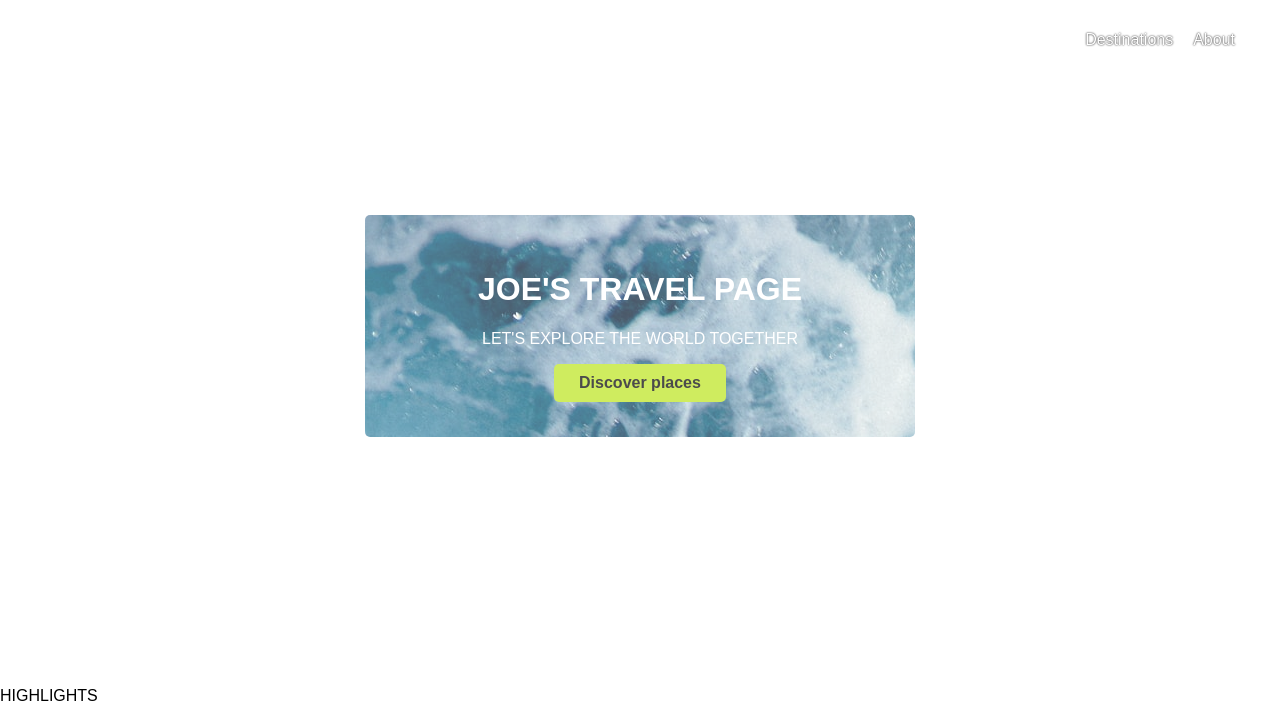
Repository: Harjot00/Wevdev
Page: Travel/index.html
An editor plug-in stored every save of this project. The page is shown before and after the next save, followed by the edit.
The browser window is 1280 px wide. The pictures show the whole page.

Above is the page before, as saved 2022-05-07 02:43:11.

After the next save:
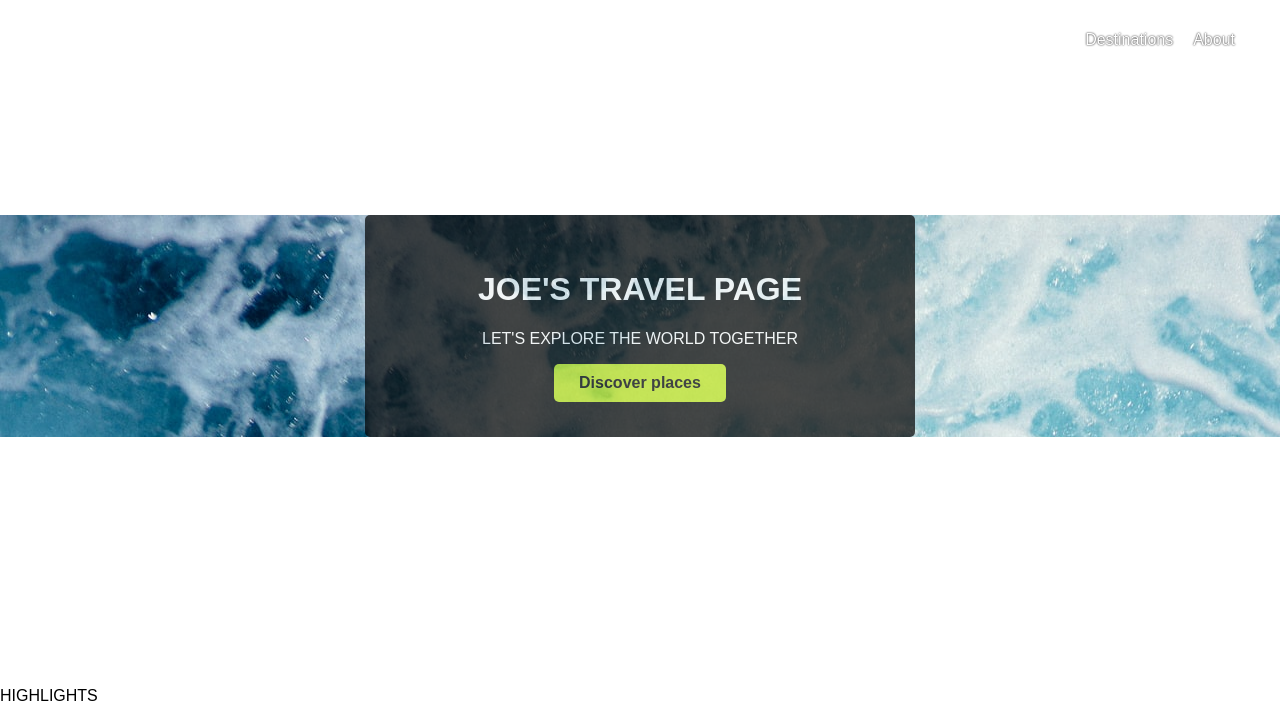
Saved 31 s later.
--- a/Travel/style.css
+++ b/Travel/style.css
@@ -41,7 +41,7 @@ li a{
     color:white;
     width:500px;
     border-radius:5px;
-    background-image: url(background.jpg);
+
 }
 div > a{
     background-color:rgb(188, 228, 28);
@@ -53,3 +53,6 @@ div > a{
     border-radius:5px;
 
 }
+#background{
+    background-image:url(background.jpg);
+}
